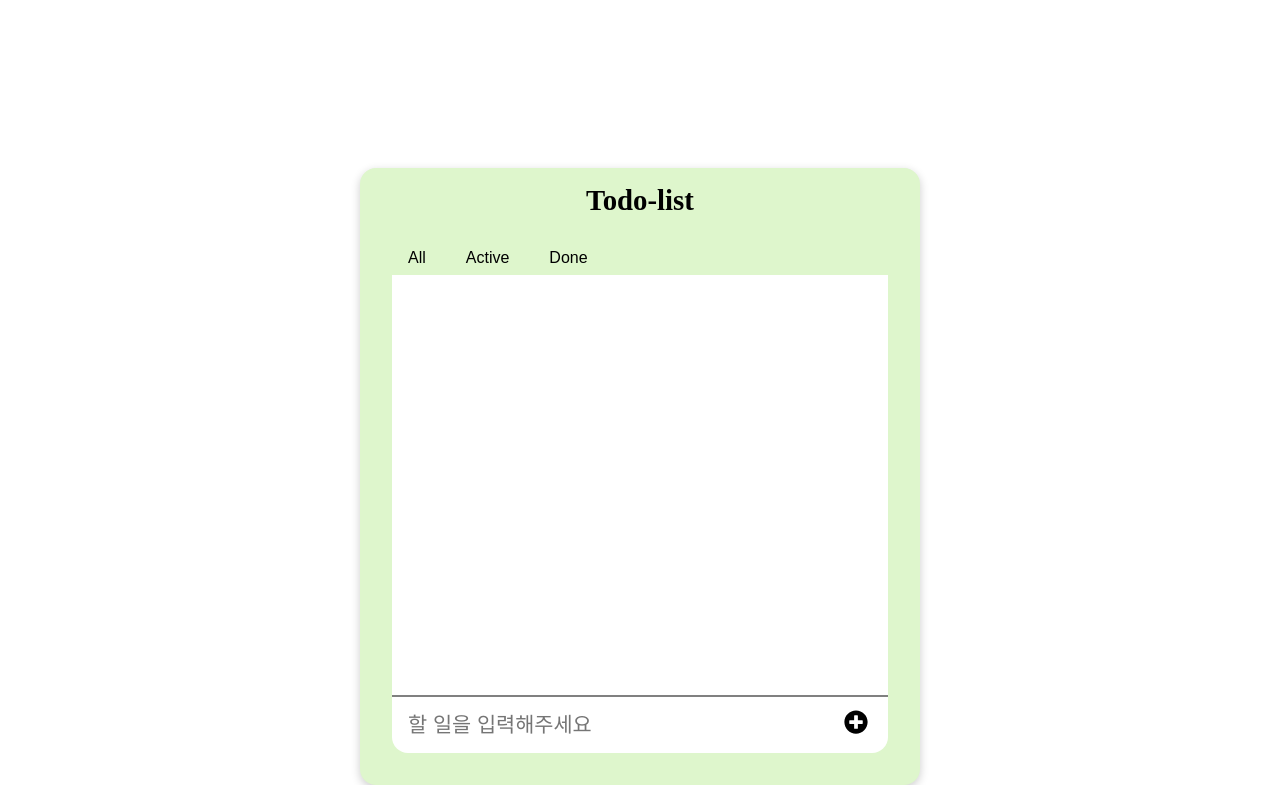
Repository: Yugayoung/todoList
Page: /
The author's editor kept a copy of each file at every save. The page is drawn from the files as they stood at one save, then again after the next save.
The browser window is 1280 px wide. The pictures show the whole page.
Some web fonts or font styles are not loaded; a fallback is used. The project was rebuilt for these pictures with package versions that can differ from the ones it lists, and the page was loaded fresh each time. Also part of the build but not shown: src/App.css, src/components/Todo.jsx.

Above is the page before, as saved 2024-03-26 18:16:21.

After the next save:
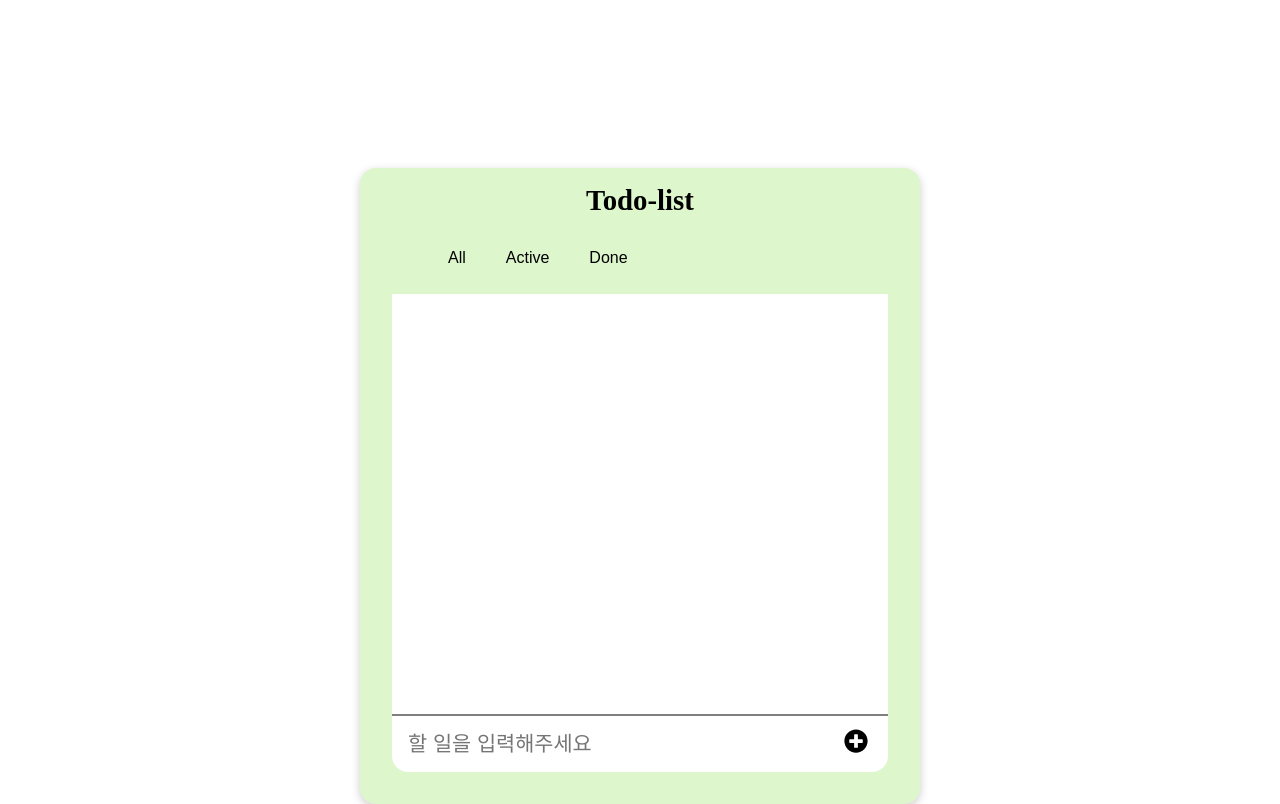
Saved 90 s later.
--- a/src/components/Header.jsx
+++ b/src/components/Header.jsx
@@ -28,11 +28,16 @@ export default function Header({ filters, filter, onFilterChange }) {
     <header>
       <Title>Todo-list</Title>
       {/* 할일 state */}
-      <div>
+      <ul>
+        {filters.map((value, index) => {
+          <li key={index}>
+            <TapBtn>{value}</TapBtn>
+          </li>;
+        })}
         <TapBtn>All</TapBtn>
         <TapBtn>Active</TapBtn>
         <TapBtn>Done</TapBtn>
-      </div>
+      </ul>
     </header>
   );
 }
